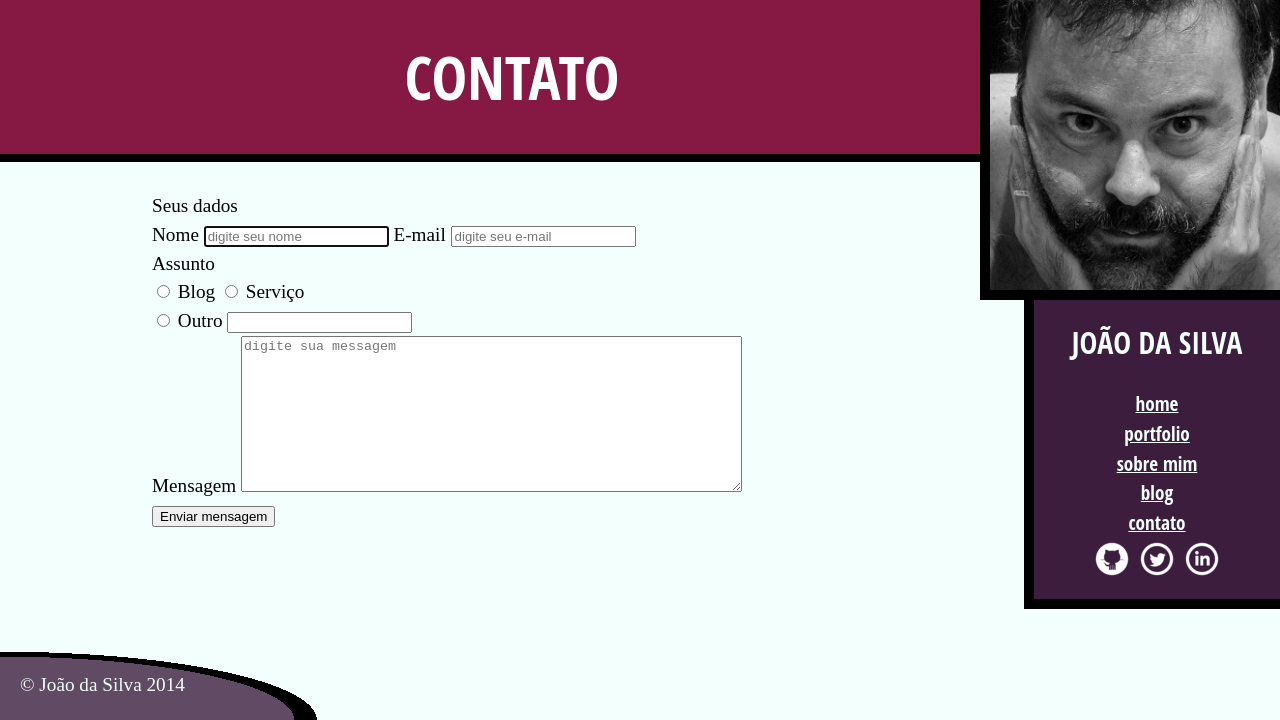
Repository: MichelMiola/html5Css3Avancado
Page: projeto/contato.html
An editor plug-in stored every save of this project. The page is shown before and after the next save, followed by the edit.
The browser window is 1280 px wide. The pictures show the whole page.
Some web fonts or font styles are not loaded; a fallback is used.

Above is the page before, as saved 2015-03-24 20:05:54.

After the next save:
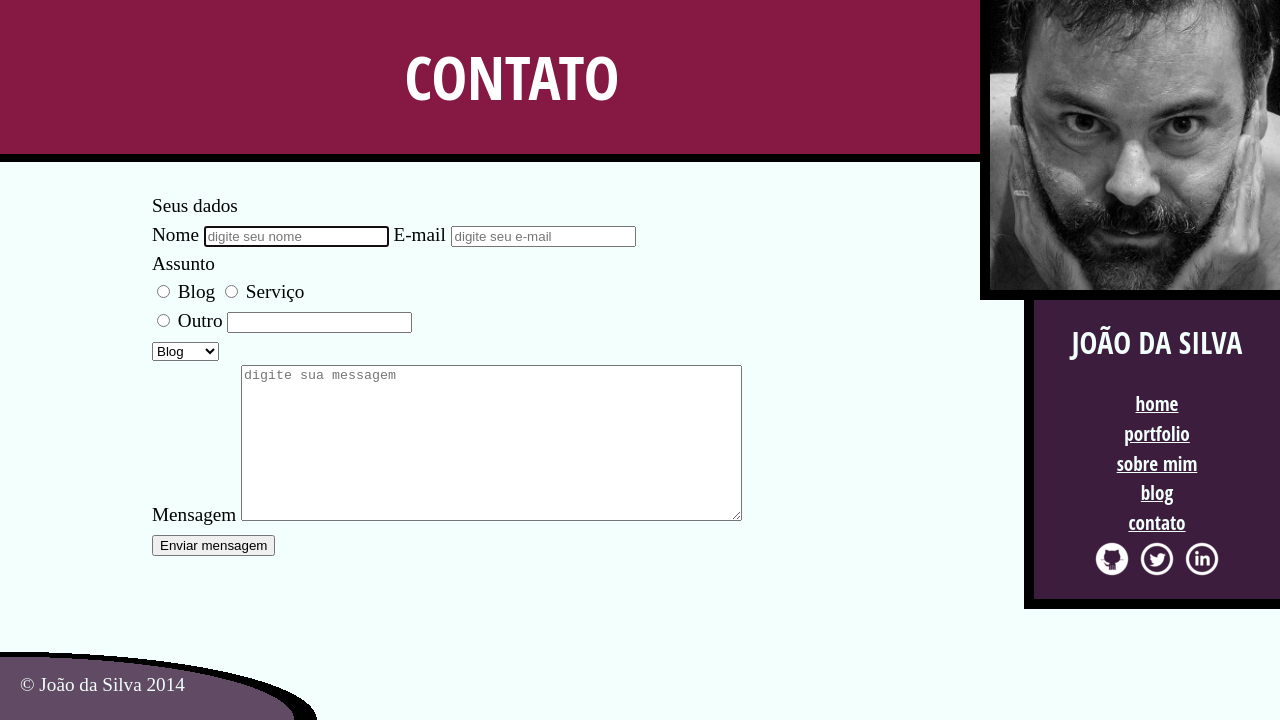
Saved 82 s later.
--- a/projeto/contato.html
+++ b/projeto/contato.html
@@ -18,9 +18,9 @@
 		<form>
 			<fieldset>
 				<legend>Seus dados</legend>
-				<label>Nome</label> <input type="text" required autofocus placeholder="digite seu nome">
-				<label>E-mail</label>
-				<input type="email" placeholder="digite seu e-mail">
+				<label>Nome</label> <input type="text" required autofocus
+					placeholder="digite seu nome"> <label>E-mail</label> <input
+					type="email" placeholder="digite seu e-mail">
 			</fieldset>
 			<fieldset>
 				<legend>Assunto</legend>
@@ -34,9 +34,15 @@
 					<label for="outro"> Outro </label> <input type="text"
 						name="outro-assunto">
 				</fieldset>
+				<select name="assunto">
+					<option value="blog">Blog</option>
+					<option value="servico">Serviço</option>
+					<option value="outro">Outro</option>
+				</select>
 			</fieldset>
 			<label for="mensagem">Mensagem</label>
-			<textarea name="msg" id="mensagem" cols="60" rows="10" placeholder="digite sua messagem"></textarea>
+			<textarea name="msg" id="mensagem" cols="60" rows="10"
+				placeholder="digite sua messagem"></textarea>
 			<fieldset>
 				<button type="submit">Enviar mensagem</button>
 			</fieldset>
